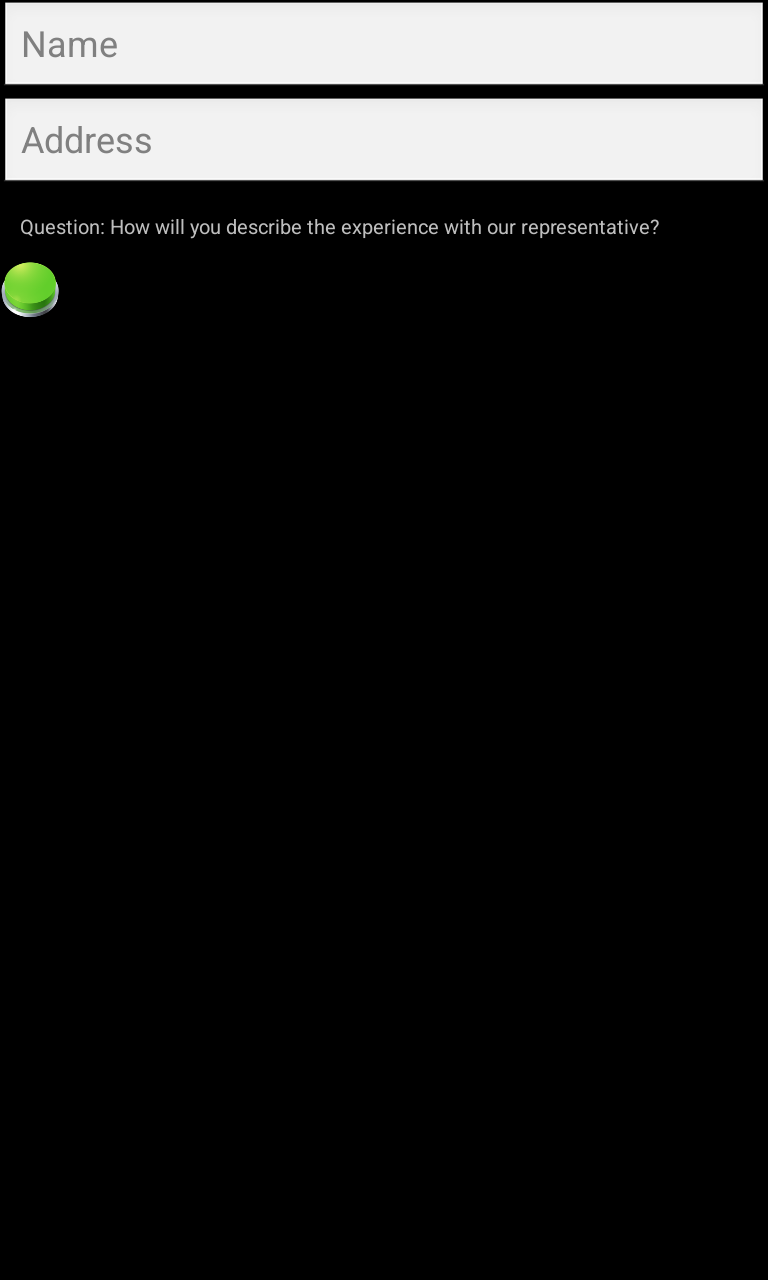
Repository: Anmol92verma/SurveyApp
Layout: SoundServey/res/layout/activity_main.xml
The author's editor kept a copy of each file at every save. The layout is drawn from the files as they stood at one save, then again after the next save.
It is drawn on a 768 x 1280 px phone screen (xhdpi) without system bars, with theme android:Theme.Black; the app's code is not run.

Above is the layout before, as saved 2015-02-21 16:47:15.

After the next save:
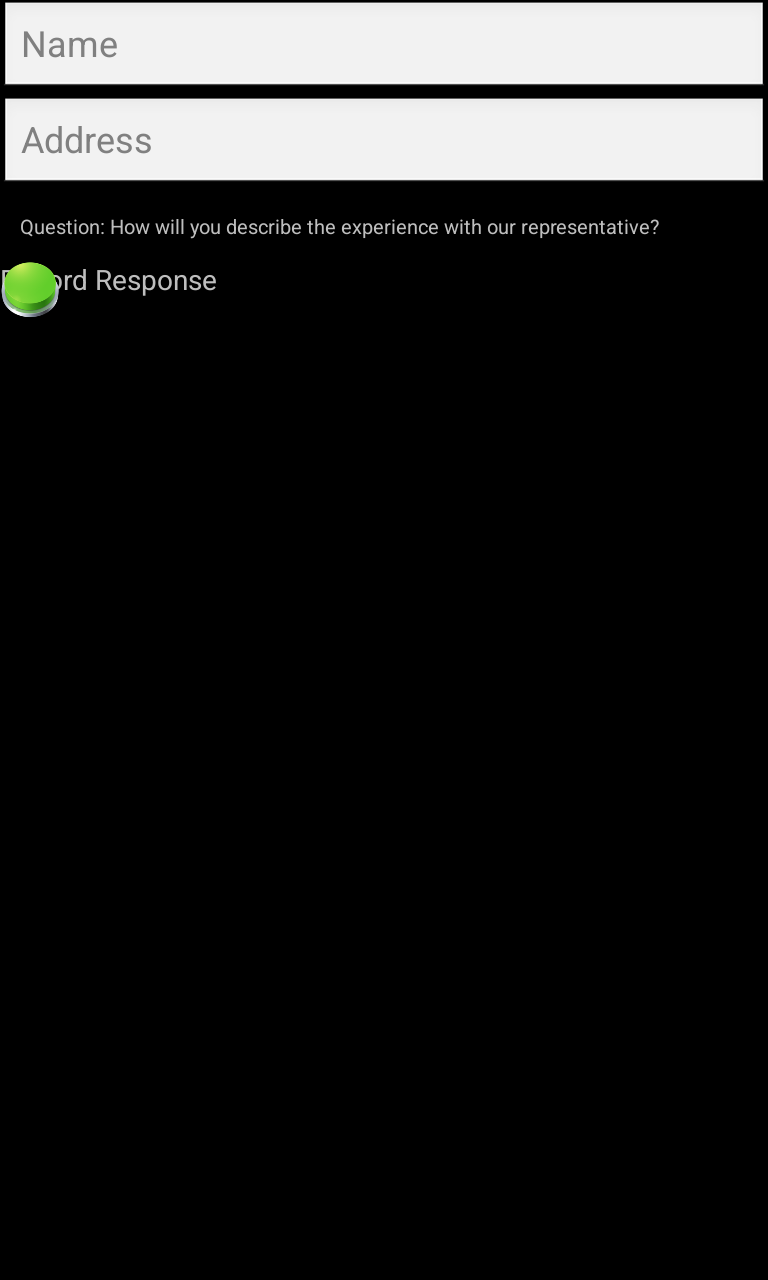
Saved 38 s later.
--- a/SoundServey/res/layout/activity_main.xml
+++ b/SoundServey/res/layout/activity_main.xml
@@ -37,19 +37,21 @@
                 android:layout_width="match_parent"
                 android:layout_height="wrap_content" >
 
+                  <TextView
+                    android:id="@+id/textview_recording"
+                    android:layout_width="wrap_content"
+                    android:layout_height="wrap_content"
+                    android:text="@string/string_recording" />
+
                 <ImageView
                     android:id="@+id/imageview_recorder"
                     android:layout_width="@dimen/dimen_size_recorded"
                     android:layout_height="@dimen/dimen_size_recorded"
+                    android:layout_toRightOf="@android:textview_recording"
                     android:contentDescription="@null"
                     android:src="@drawable/start" />
 
-                <TextView
-                    android:id="@+id/textview_recording"
-                    android:layout_width="wrap_content"
-                    android:layout_toLeftOf="@+id/imageview_recorder"
-                    android:layout_height="wrap_content"
-                    android:text="@string/string_recording" />
+
             </RelativeLayout>
         </LinearLayout>
     </ScrollView>
